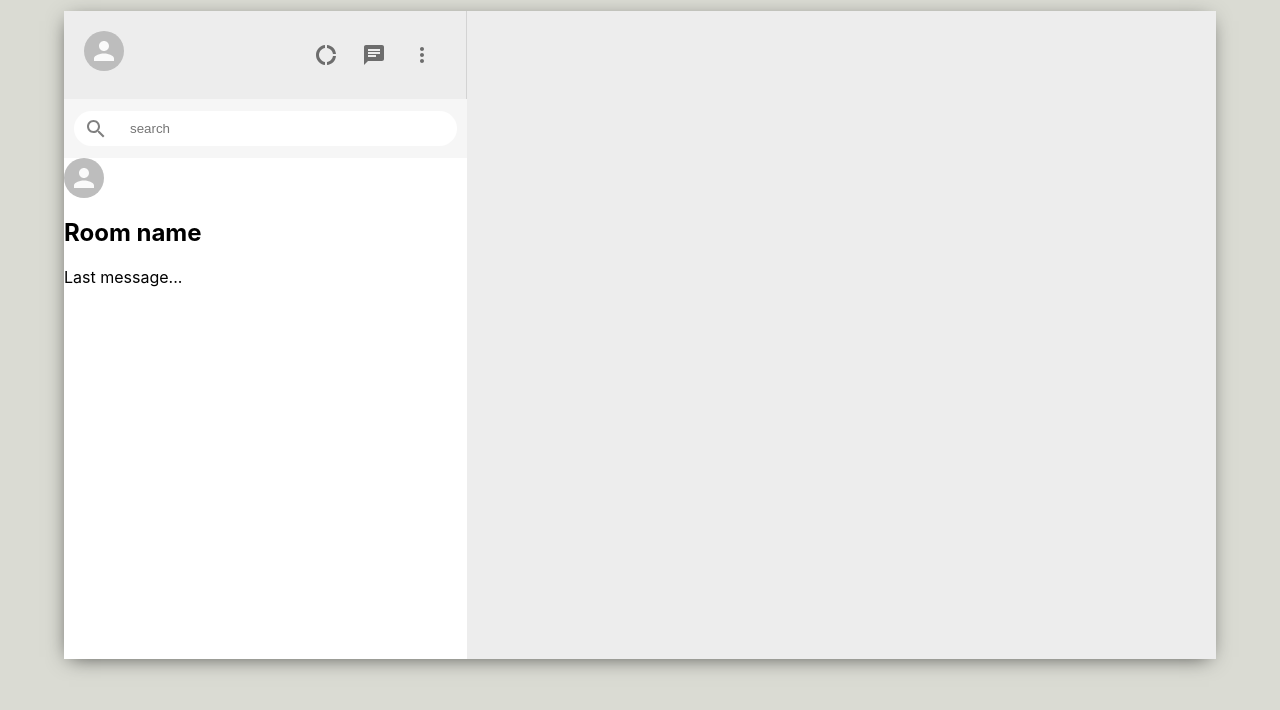
Repository: om1ars/functinal-chat
Page: /
The author's editor kept a copy of each file at every save. The page is drawn from the files as they stood at one save, then again after the next save.
The browser window is 1280 px wide. The pictures show the whole page.
The project was rebuilt for these pictures with package versions that can differ from the ones it lists, and the page was loaded fresh each time. Also part of the build but not shown: src/components/SidebarChat.css.

Above is the page before, as saved 2021-11-22 13:51:49.

### src/App.js
import "./App.css";
import Sidebar from "./components/Sidebar";

function App() {
  return (
    <div className="app">
      <div className="app__body">
        <Sidebar />
      </div>
    </div>
  );
}

export default App;

### src/App.css
.app {
  background-color: #dadbd3;
  height: 100vh;
  display: grid;
  place-items: center;
}
.app__body {
  display: flex;
  width: 90vw;
  background-color: #ededed;
  margin-top: -50px;
  box-shadow: -1px 4px 20px -6px rgba(0, 0, 0, 0.7);
  height: 90vh;
}

### src/components/Sidebar.js
import React from "react";
import "./Sisdebar.css";
import { Avatar, IconButton } from "@material-ui/core";
import { DonutLarge, Chat, MoreVert, SearchOutlined } from "@material-ui/icons";
import SidebarChat from "./SidebarChat";
function Sidebar() {
  return (
    <div className="sidebar">
      <div className="sidebar__header">
        <Avatar />
        <div className="sidebar__headerRight">
          <IconButton>
            <DonutLarge />
          </IconButton>
          <IconButton>
            <Chat />
          </IconButton>
          <IconButton>
            <MoreVert />
          </IconButton>
        </div>
      </div>
      <div className="sidebar__search">
        <div className="sidebar__searchContainer">
          <SearchOutlined />
          <input placeholder="search" type="text" />
        </div>
      </div>
      <div className="sidebar__chats">
        <SidebarChat />
      </div>
    </div>
  );
}

export default Sidebar;

### src/components/Sisdebar.css
.sidebar__header {
  display: flex;
  justify-content: space-between;
  padding: 20px;
  border-right: 1px solid lightgray;
}
.sidebar {
  flex: 0.35;
  display: flex;
  flex-direction: column;
}
.sidebar__headerRight {
  display: flex;
  align-items: center;
  justify-content: space-between;
  min-width: 10vw;
}

.sidebar__headerRight > .MuiSvgIcon-root {
  margin-right: 2vw;
  font-size: 24px !important;
}
.sidebar__search {
  display: flex;
  align-items: center;
  background-color: #f6f6f6;
  height: 39px;
  padding: 10px;
}
.sidebar__searchContainer {
  display: flex;
  align-items: center;
  background-color: white;
  width: 100%;
  height: 35px;
  border-radius: 25px;
}
.sidebar__searchContainer > input {
  border: none;
  margin-left: 10px;
  outline: none;
}
.sidebar__searchContainer > .MuiSvgIcon-root {
  color: gray;
  padding: 10px;
}

.sidebar__chats {
  flex: 1;
  background-color: white;
  overflow: scroll;
}

### src/components/SidebarChat.js
import { Avatar } from "@material-ui/core";
import React from "react";
import "./SidebarChat.css";

export default function SidebarChat() {
  return <div className='sidebarChat'>
      <Avatar />
      <div className='sidebarChat__info'>
          <h2>Room name</h2>
          <p>Last message...</p>
      </div>
  </div>;
}

Loaded but not shown: public/index.html (common file); src/index.js (common file); src/index.css (common file)

After the next save:
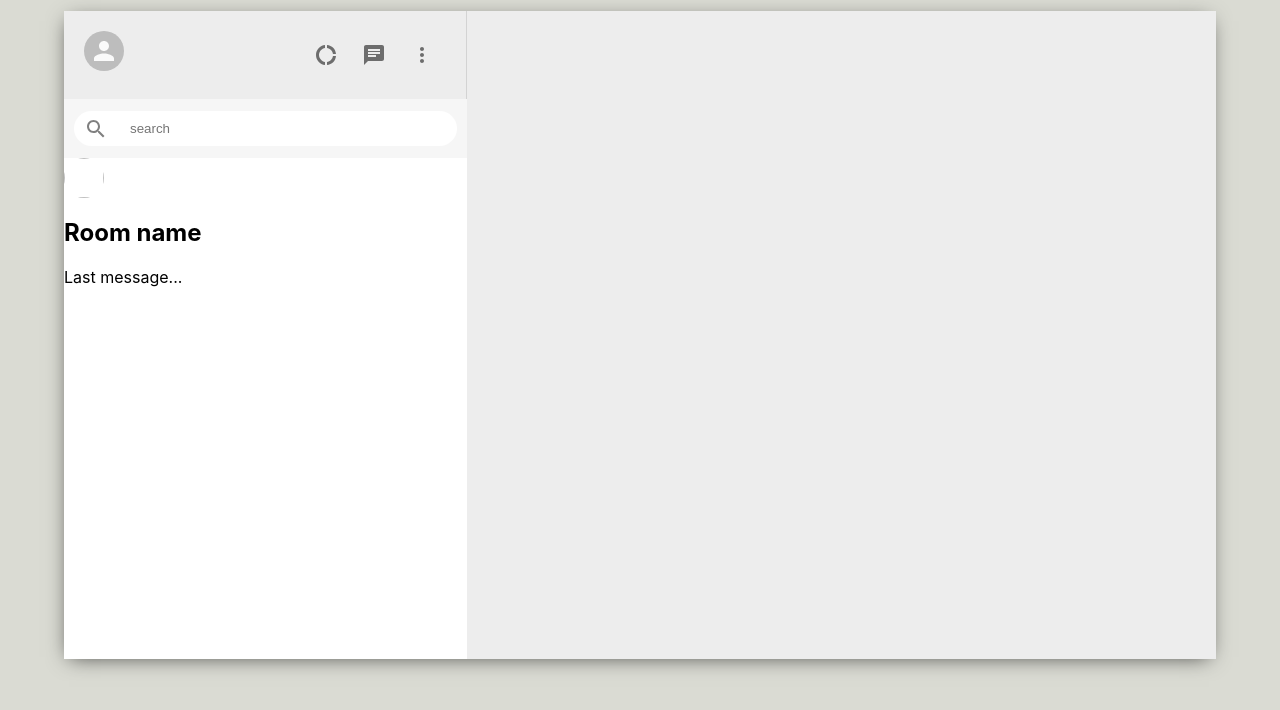
Saved 4 s later.
--- a/src/components/SidebarChat.js
+++ b/src/components/SidebarChat.js
@@ -4,7 +4,7 @@
 
 export default function SidebarChat() {
   return <div className='sidebarChat'>
-      <Avatar />
+      <Avatar src />
       <div className='sidebarChat__info'>
           <h2>Room name</h2>
           <p>Last message...</p>

After the save that followed:
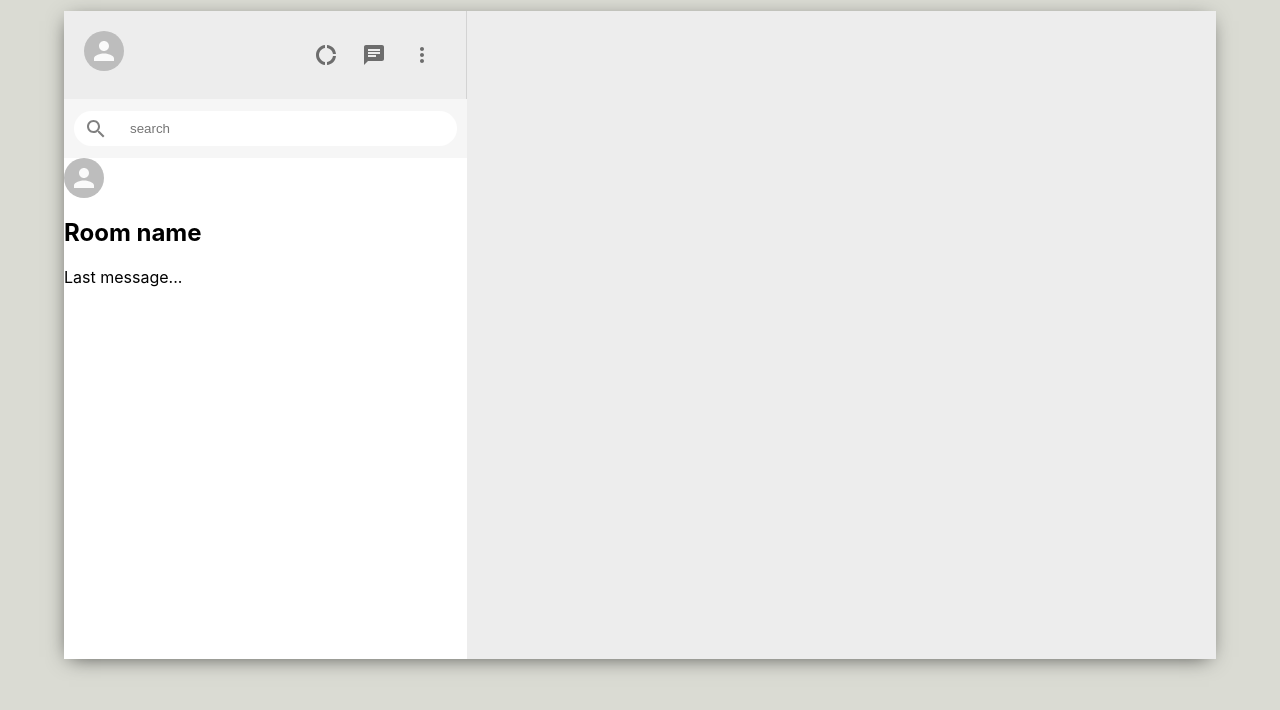
Saved 7 s later.
--- a/src/components/SidebarChat.js
+++ b/src/components/SidebarChat.js
@@ -4,7 +4,7 @@
 
 export default function SidebarChat() {
   return <div className='sidebarChat'>
-      <Avatar src />
+      <Avatar src='https://' />
       <div className='sidebarChat__info'>
           <h2>Room name</h2>
           <p>Last message...</p>
